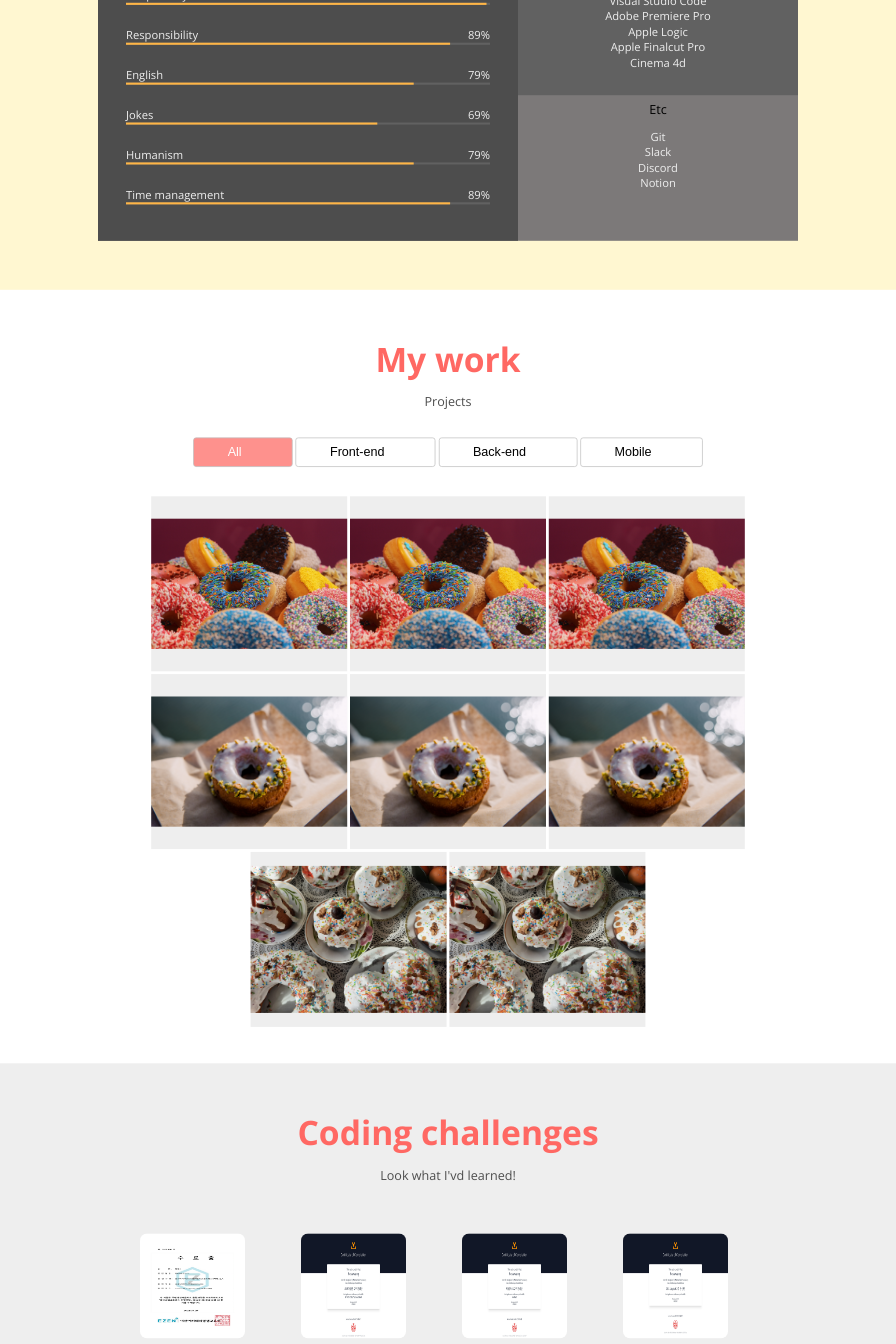
Repository: hesshess/Portfolio
Page: index.html
An editor plug-in stored every save of this project. The page is shown before and after the next save, followed by the edit.
The browser window is 1280 px wide. The pictures show the part of the page from y = 1710 to 3630 px (the page is 4152 px tall), at 70% of full size.
Some web libraries are served in a nearby version.

Above is the page before, as saved 2022-10-18 15:35:55.

After the next save:
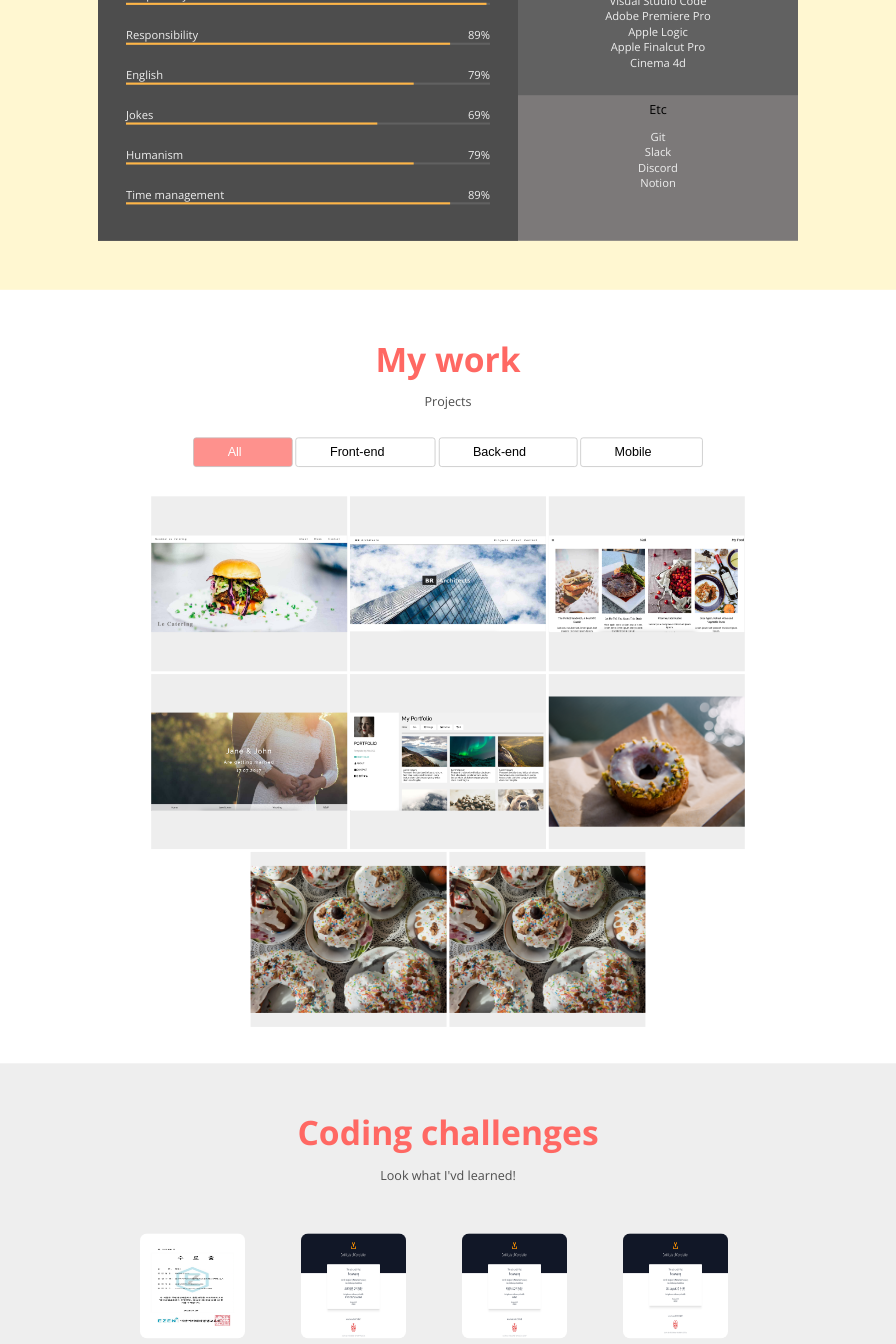
Saved 20 h 3 min later.
--- a/index.html
+++ b/index.html
@@ -204,65 +204,85 @@
 
         <div class="work__projects">
           <a
-            href="깃허브링크"
-            class="project"
-            target="blank"
-            data-type="front-end"
-          >
-            <img src="imgs/projects/1.jpg" alt="Youtube" class="project__img" />
-            <div class="project__description">
-              <h3>Youtube Site</h3>
-              <span>Clone coding with HTML and CSS</span>
-            </div>
-          </a>
-          <a
-            href="깃허브링크"
-            class="project"
-            target="blank"
-            data-type="front-end"
-          >
-            <img src="imgs/projects/1.jpg" alt="Youtube" class="project__img" />
-            <div class="project__description">
-              <h3>Youtube Site</h3>
-              <span>Clone coding with HTML and CSS</span>
-            </div>
-          </a>
-          <a
-            href="깃허브링크"
-            class="project"
-            target="blank"
-            data-type="front-end"
-          >
-            <img src="imgs/projects/1.jpg" alt="Youtube" class="project__img" />
-            <div class="project__description">
-              <h3>Youtube Site</h3>
-              <span>Clone coding with HTML and CSS</span>
-            </div>
-          </a>
-          <a
-            href="깃허브링크"
-            class="project"
-            target="blank"
-            data-type="back-end"
-          >
-            <img src="imgs/projects/2.jpg" alt="Youtube" class="project__img" />
-            <div class="project__description">
-              <h3>Youtube Site</h3>
-              <span>Clone coding with HTML and CSS</span>
-            </div>
-          </a>
-          <a
-            href="깃허브링크"
-            class="project"
-            target="blank"
-            data-type="back-end"
-          >
-            <img src="imgs/projects/2.jpg" alt="Youtube" class="project__img" />
-            <div class="project__description">
-              <h3>Youtube Site</h3>
-              <span>Clone coding with HTML and CSS</span>
-            </div>
-          </a>
+          href="https://hesshess.github.io/clonecoding-assignment/1-gourtmet-au-catering/template1.html"
+          class="project"
+          target="blank"
+          data-type="front-end"
+        >
+          <img
+            src="./imgs/work/template1.png"
+            alt="Youtube"
+            class="project__img"
+          />
+          <div class="project__description">
+            <h3>Youtube Site</h3>
+            <span>Clone coding with HTML and CSS</span>
+          </div>
+        </a>
+        <a
+          href="https://hesshess.github.io/clonecoding-assignment/2-ba-architects/template2.html"
+          class="project"
+          target="blank"
+          data-type="front-end"
+        >
+          <img
+            src="./imgs/work/template2.png"
+            alt="Youtube"
+            class="project__img"
+          />
+          <div class="project__description">
+            <h3>Youtube Site</h3>
+            <span>Clone coding with HTML and CSS</span>
+          </div>
+        </a>
+        <a
+          href="https://hesshess.github.io/clonecoding-assignment/3-food-blog/template3.html"
+          class="project"
+          target="blank"
+          data-type="front-end"
+        >
+          <img
+            src="./imgs/work/template3.png"
+            alt="Youtube"
+            class="project__img"
+          />
+          <div class="project__description">
+            <h3>Youtube Site</h3>
+            <span>Clone coding with HTML and CSS</span>
+          </div>
+        </a>
+        <a
+          href="https://hesshess.github.io/clonecoding-assignment/4-wedding-invitation/template4.html"
+          class="project"
+          target="blank"
+          data-type="front-end"
+        >
+          <img
+            src="./imgs/work/template4.png"
+            alt="Youtube"
+            class="project__img"
+          />
+          <div class="project__description">
+            <h3>Youtube Site</h3>
+            <span>Clone coding with HTML and CSS</span>
+          </div>
+        </a>
+        <a
+          href="https://hesshess.github.io/clonecoding-assignment/5-nature-portfolio/template5.html"
+          class="project"
+          target="blank"
+          data-type="front-end"
+        >
+          <img
+            src="./imgs/work/template5.png"
+            alt="Youtube"
+            class="project__img"
+          />
+          <div class="project__description">
+            <h3>Youtube Site</h3>
+            <span>Clone coding with HTML and CSS</span>
+          </div>
+        </a>
           <a
             href="깃허브링크"
             class="project"
